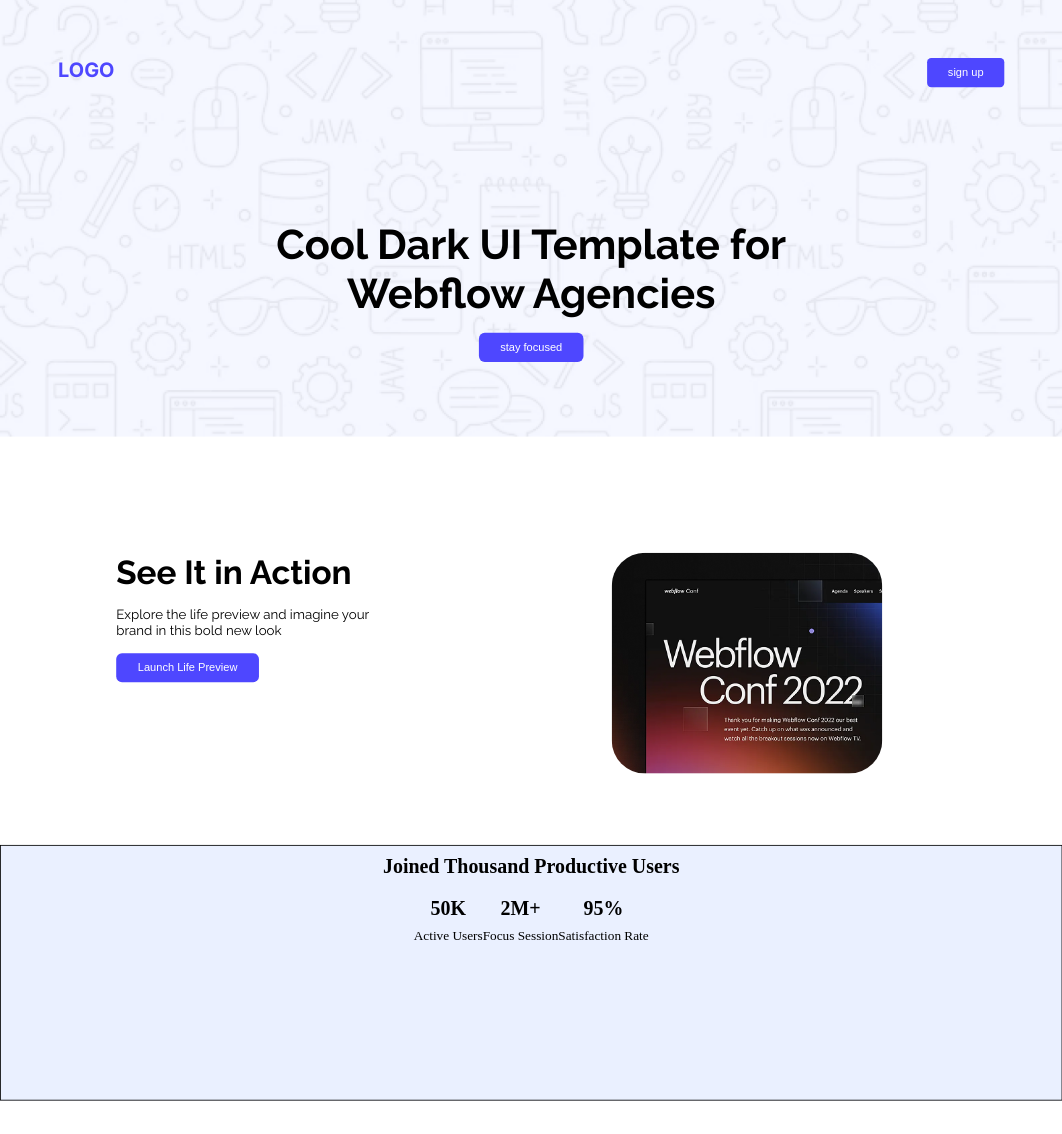
Repository: dollyrakhe22/landing-launchpad
Page: index.html
These files come from the project's save history. The page is drawn as it stood at one moment and after the next save; the edit follows.
The browser window is 1280 px wide. The pictures show the whole page, at 83% of full size.

Above is the page before, as saved 2025-07-11 02:04:48.

After the next save:
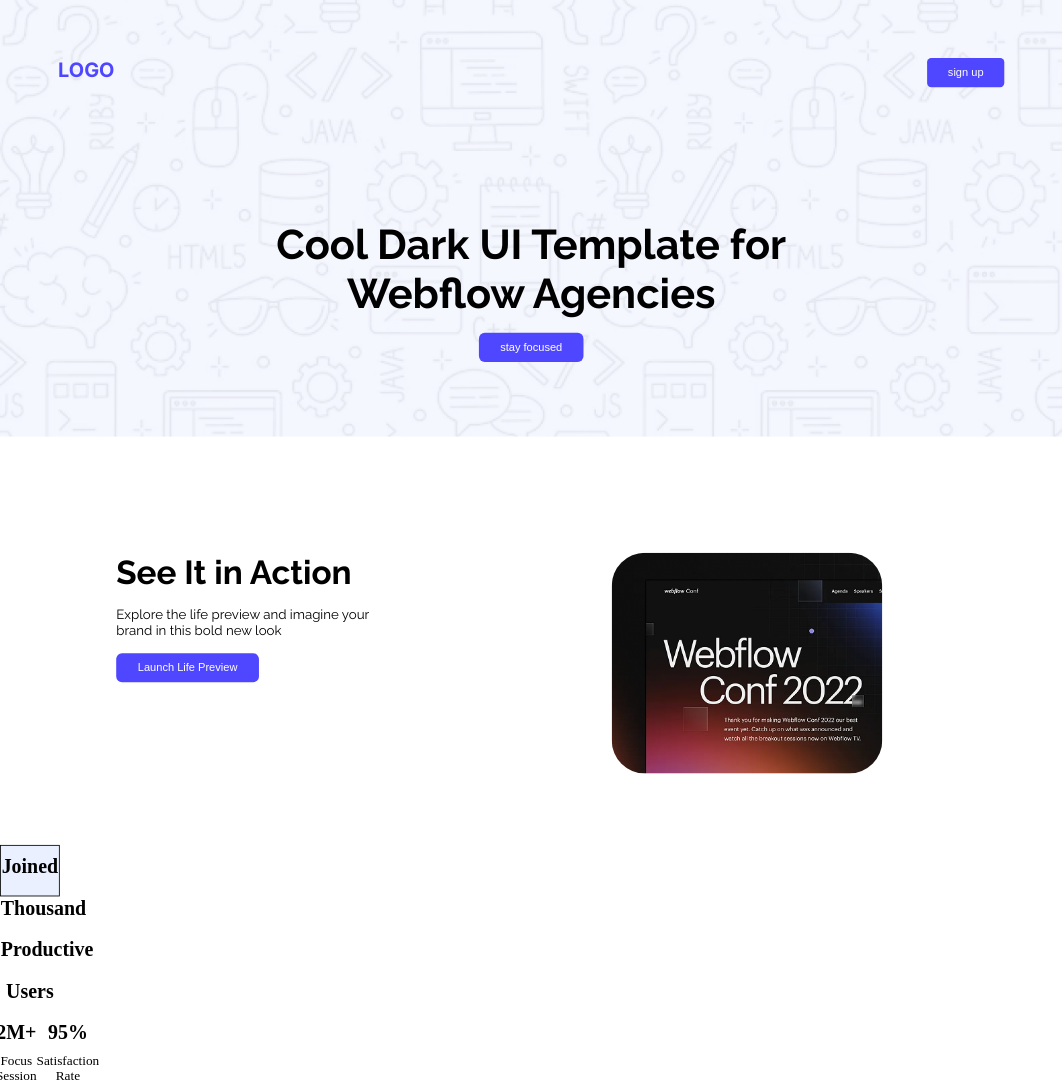
Saved 58 s later.
--- a/style.css
+++ b/style.css
@@ -86,7 +86,8 @@
      margin-bottom: 40px;
      margin-top: -120px;
      background-color: #eaf0ff;
-     height: 306px;
+     height: 60px;
+     width: 70px;
 
 }
 .users-container h1{
